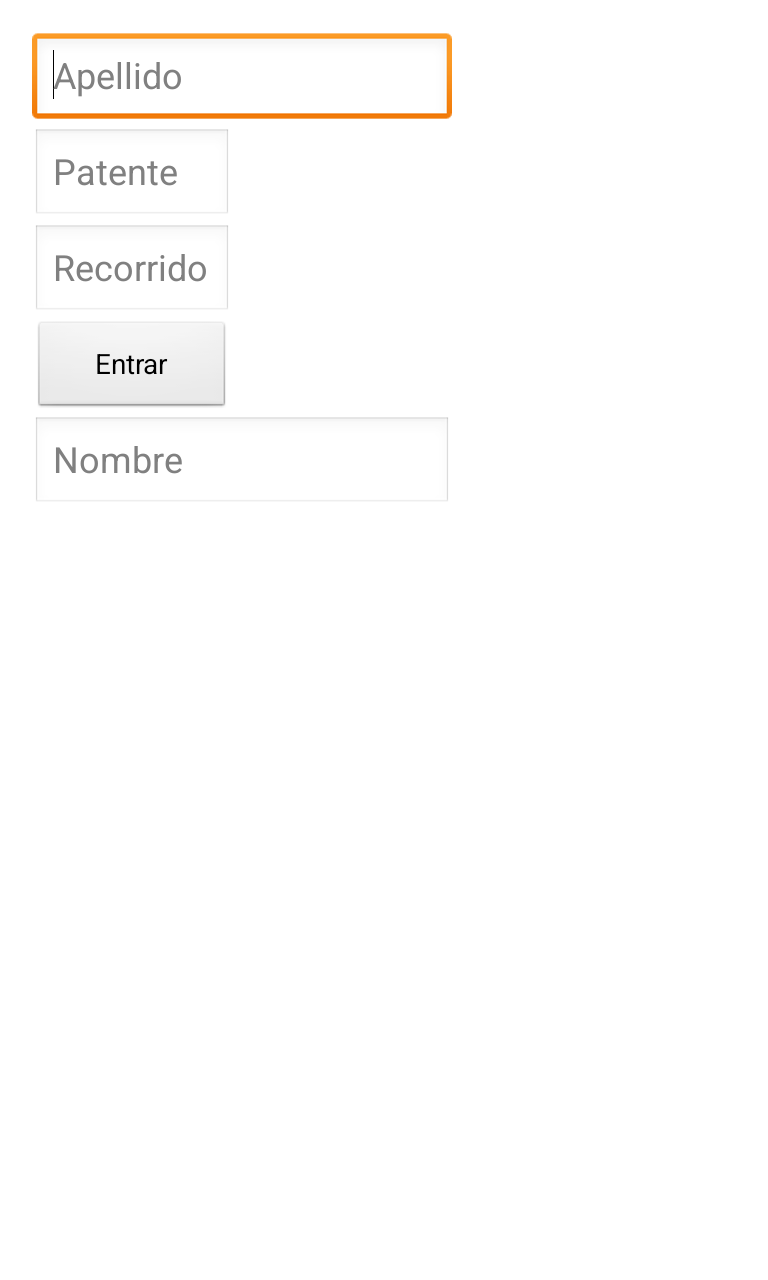
Repository: ajvaleng/AppRecoleccion
Layout: Recolectapp/res/layout/activity_configuracion.xml
The author's editor kept a copy of each file at every save. The layout is drawn from the files as they stood at one save, then again after the next save.
It is drawn on a 768 x 1280 px phone screen (xhdpi) without system bars, with theme AppTheme; the app's code is not run.

Above is the layout before, as saved 2013-04-12 16:39:25.

After the next save:
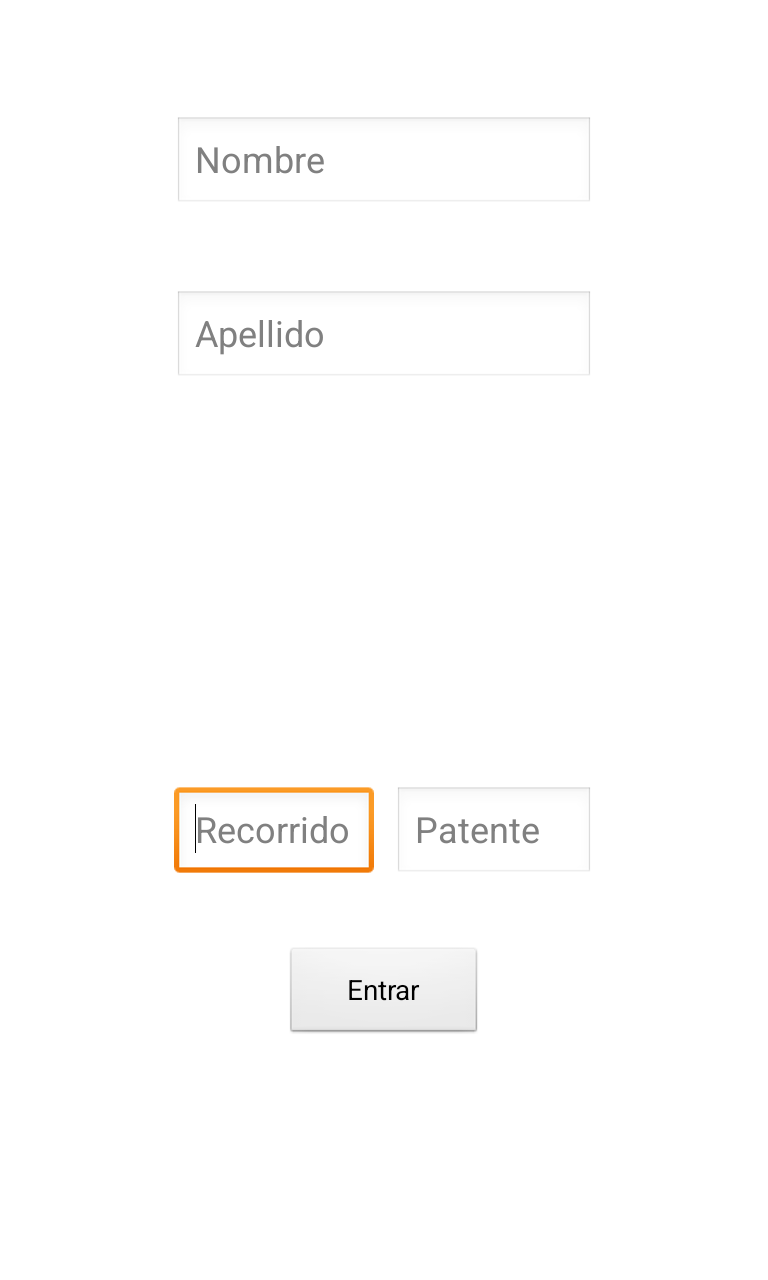
Saved 28 s later.
--- a/Recolectapp/res/layout/activity_configuracion.xml
+++ b/Recolectapp/res/layout/activity_configuracion.xml
@@ -9,50 +9,55 @@
     tools:context=".Configuracion" >
 
     <EditText
+        android:id="@+id/tbPatente"
+        android:layout_width="100dp"
+        android:layout_height="wrap_content"
+        android:layout_alignBaseline="@+id/tbRecorrido"
+        android:layout_alignBottom="@+id/tbRecorrido"
+        android:layout_alignRight="@+id/tbApellido"
+        android:ems="10"
+        android:hint="Patente" />
+
+    <EditText
+        android:id="@+id/tbNombre"
+        android:layout_width="wrap_content"
+        android:layout_height="wrap_content"
+        android:layout_alignLeft="@+id/tbApellido"
+        android:layout_alignParentTop="true"
+        android:layout_marginTop="42dp"
+        android:ems="10"
+        android:hint="Nombre" />
+
+    <EditText
         android:id="@+id/tbApellido"
         android:layout_width="wrap_content"
         android:layout_height="wrap_content"
-        android:layout_alignParentLeft="true"
-        android:layout_alignParentTop="true"
+        android:layout_below="@+id/tbNombre"
+        android:layout_centerHorizontal="true"
+        android:layout_marginTop="39dp"
         android:ems="10"
-        android:hint="Apellido" >
-
-        <requestFocus />
-    </EditText>
-
-    <EditText
-        android:id="@+id/tbPatente"
-        android:layout_width="100dp"
-        android:layout_height="wrap_content"
-        android:layout_alignParentLeft="true"
-        android:layout_below="@+id/tbApellido"
-        android:ems="10"
-        android:hint="Patente" />
+        android:hint="Apellido" />
 
     <EditText
         android:id="@+id/tbRecorrido"
         android:layout_width="100dp"
         android:layout_height="wrap_content"
-        android:layout_alignParentLeft="true"
-        android:layout_below="@+id/tbPatente"
+        android:layout_above="@+id/btEntrar"
+        android:layout_alignLeft="@+id/tbApellido"
+        android:layout_marginBottom="32dp"
         android:ems="10"
-        android:hint="Recorrido" />
+        android:hint="Recorrido" >
+
+        <requestFocus />
+    </EditText>
 
     <Button
         android:id="@+id/btEntrar"
         android:layout_width="100dp"
         android:layout_height="wrap_content"
-        android:layout_alignParentLeft="true"
-        android:layout_below="@+id/tbRecorrido"
+        android:layout_alignParentBottom="true"
+        android:layout_centerHorizontal="true"
+        android:layout_marginBottom="103dp"
         android:text="Entrar" />
 
-    <EditText
-        android:id="@+id/tbNombre"
-        android:layout_width="wrap_content"
-        android:layout_height="wrap_content"
-        android:layout_alignParentLeft="true"
-        android:layout_below="@+id/btEntrar"
-        android:ems="10"
-        android:hint="Nombre" />
-
 </RelativeLayout>
